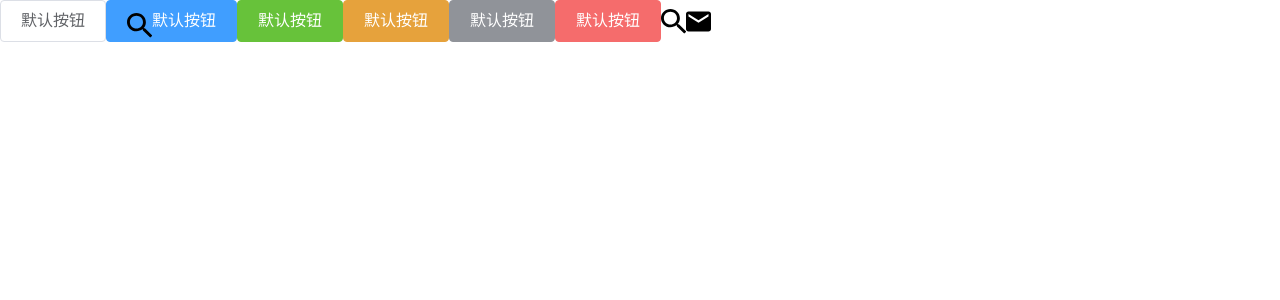
Repository: onlyadaydreamer/dreamer-ui
Page: /
The author's editor kept a copy of each file at every save. The page is drawn from the files as they stood at one save, then again after the next save.
The browser window is 1280 px wide. The pictures show the whole page.
The project was rebuilt for these pictures with package versions that can differ from the ones it lists, and the page was loaded fresh each time. Also part of the build but not shown: src/styles/icon.js, src/packages/index.js.

Above is the page before, as saved 2020-05-13 15:21:33.

After the next save:
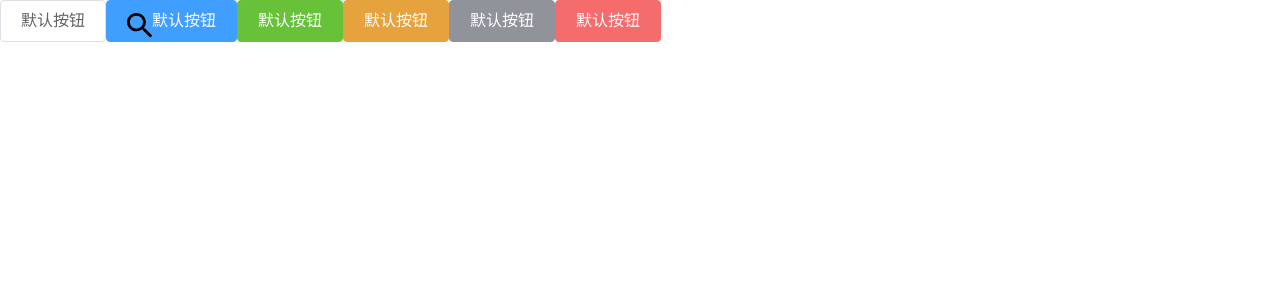
Saved 12 s later.
--- a/src/App.vue
+++ b/src/App.vue
@@ -6,9 +6,6 @@
     <dreamer-button type="warning">默认按钮</dreamer-button>
     <dreamer-button type="info">默认按钮</dreamer-button>
     <dreamer-button type="danger">默认按钮</dreamer-button>
-
-    <dreamer-icon icon="search"></dreamer-icon>
-    <dreamer-icon icon="email"></dreamer-icon>
   </div>
 </template>
 
